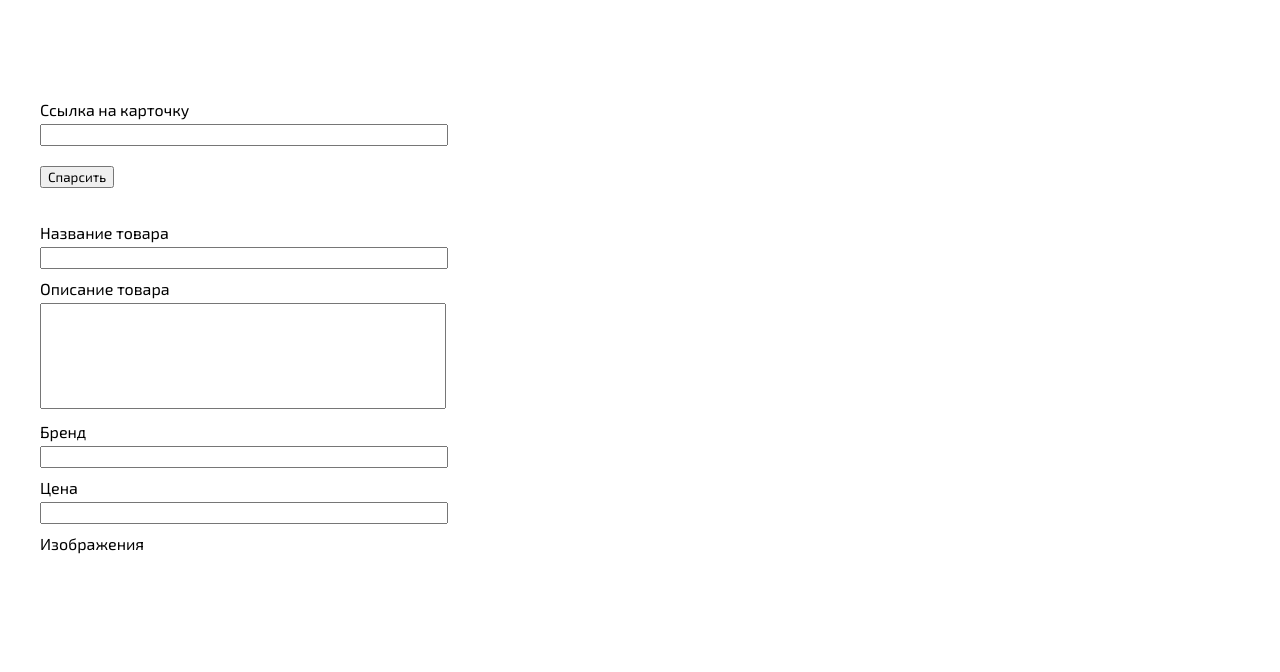
Repository: yozuul/wildberries-product-card-parser-api-exchange
Page: public/index.html
These files come from the project's save history. The page is drawn as it stood at one moment and after the next save; the edit follows.
The browser window is 1280 px wide. The pictures show the whole page.

Above is the page before, as saved 2021-08-18 17:42:29.

After the next save:
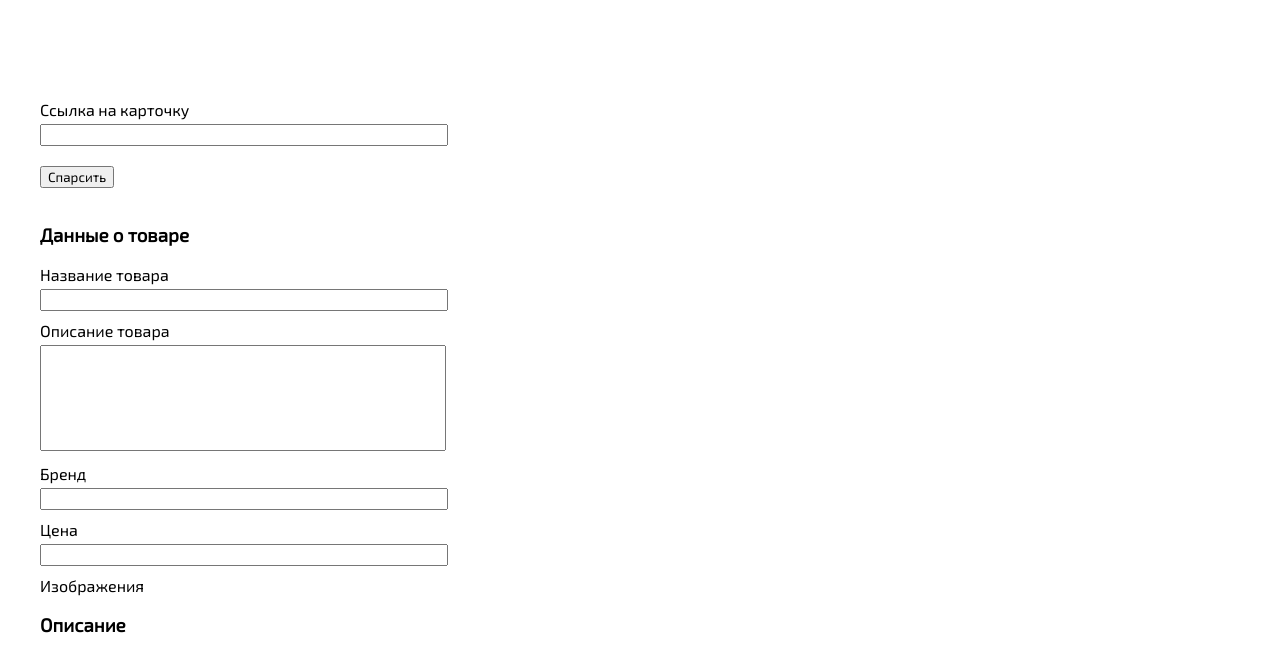
Saved 43 min 4 s later.
--- a/public/index.html
+++ b/public/index.html
@@ -16,8 +16,10 @@
             <button id="parseData">Спарсить</button>
          </form>
       </div>
-      <div class="productForm">
-         <form name="productForm">
+      <form name="productForm">
+      <div class="formWrapper_left">
+         <div class="productForm">
+         <h3>Данные о товаре</h3>
             <div class="inputWrapper">
                <p>Название товара</p>
                <input type="text" name="productName" id="productName">
@@ -38,8 +40,13 @@
                <p>Изображения</p>
 
             </div>
-         </form>
+         </div>
       </div>
+      <div class="formWrapper_right">
+         <h3>Описание</h3>
+
+      </div>
+   </form>
    </div>
    <script src="index.js"></script>
 </body>
